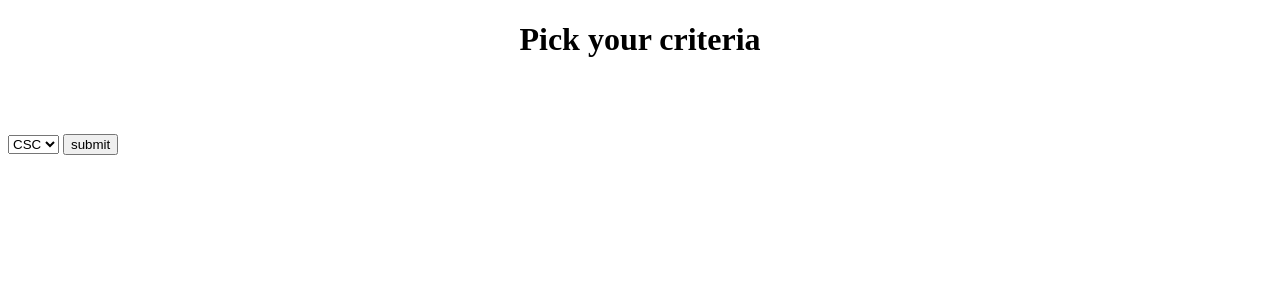
Repository: weshayutin/java258Online
Page: http://localhost/Week5Assignment2/schedule.jsp
An editor plug-in stored every save of this project. The page is shown before and after the next save, followed by the edit.
The browser window is 1280 px wide. The pictures show the whole page.
The page is served by Tomcat 9.

Above is the page before, as saved 2011-02-14 02:47:42.

After the next save:
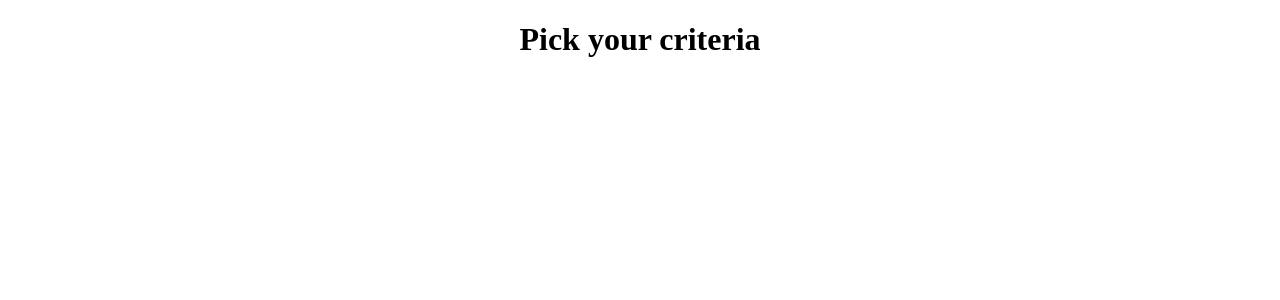
Saved 5 min 45 s later.
--- a/workspace/Week5Assignment2/WebContent/schedule.jsp
+++ b/workspace/Week5Assignment2/WebContent/schedule.jsp
@@ -10,15 +10,7 @@
 
 <h1 align="center"> Pick your criteria</h1>
 <br><br><br>
-<form action="criteria.do" name ="criteria" method="POST">
-  <select name=criteria>
-  <option value="CSC">CSC</option>
-  <option value="ENG">ENG</option>
-</select>
 
-	 <input type="SUBMIT" value="submit"/>
-
-</form>
 
 
 </body>
